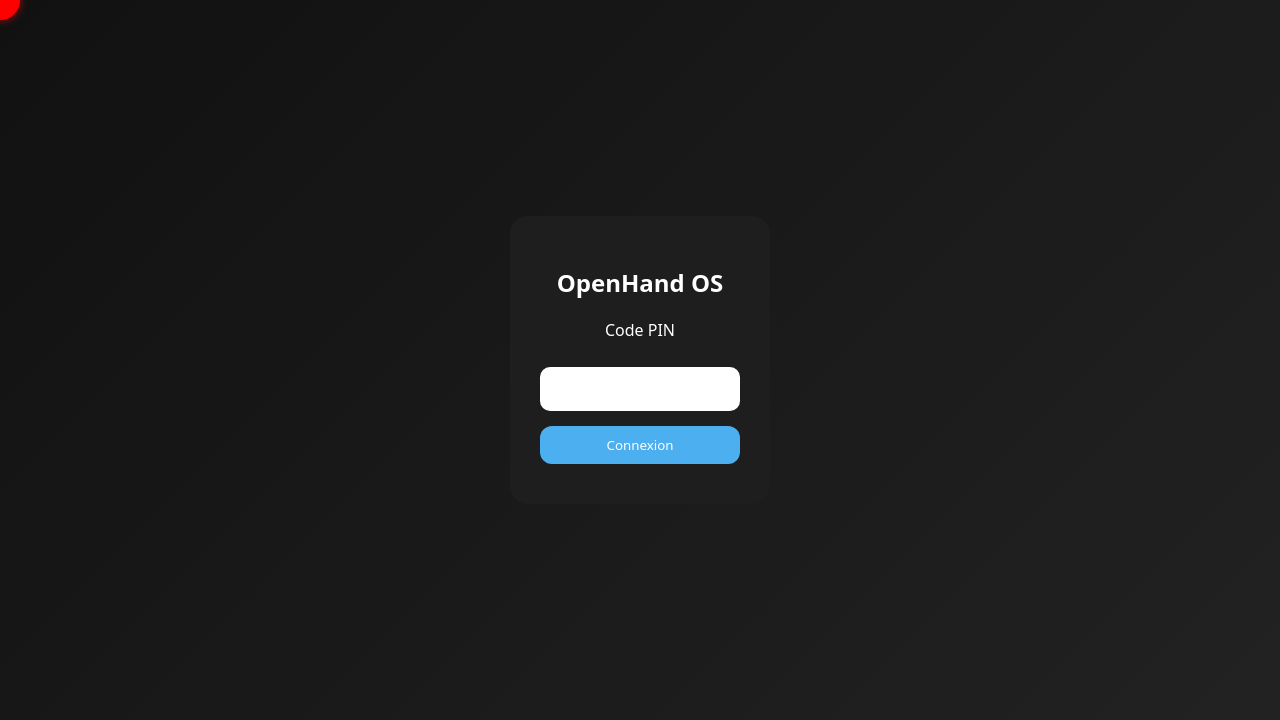
Repository: nlagardere/OpenHand
Page: index.html
An editor plug-in stored every save of this project. The page is shown before and after the next save, followed by the edit.
The browser window is 1280 px wide. The pictures show the whole page.

Above is the page before, as saved 2026-01-31 14:37:23.

### index.html
<!DOCTYPE html>
<html lang="fr">
<head>
<meta charset="UTF-8">
<title>OpenHand OS</title>
<link rel="stylesheet" href="style.css">

<style>

/* ===== CURSEUR ROUGE ===== */

body {
    cursor: none;
}

#curseur {
    position: fixed;
    width: 16px;
    height: 16px;
    background: red;
    border-radius: 50%;
    pointer-events: none;
    z-index: 10000;
    transform: translate(-50%, -50%);
    box-shadow: 0 0 8px rgba(255,0,0,.7);
}


/* ===== LOCK SCREEN ===== */

#lockscreen {
    position: fixed;
    inset: 0;
    background: linear-gradient(135deg, #111, #222);
    display: flex;
    align-items: center;
    justify-content: center;
    z-index: 9999;
}

.loginBox {
    background: #1e1e1e;
    padding: 30px;
    border-radius: 18px;
    text-align: center;
    color: white;
    width: 260px;
}

.loginBox input {
    width: 100%;
    padding: 10px;
    font-size: 18px;
    text-align: center;
    border-radius: 10px;
    border: none;
    margin-top: 10px;
}

.loginBox button {
    margin-top: 15px;
    width: 100%;
    padding: 10px;
    border-radius: 12px;
    border: none;
    background: #4cafef;
    color: white;
    cursor: pointer;
}

#pinError {
    margin-top: 10px;
    color: #ff6b6b;
}


/* ===== LOADING ===== */

#loadingScreen {
    position: fixed;
    inset: 0;
    background: radial-gradient(circle at center, #111, #000);
    color: white;
    display: none;
    flex-direction: column;
    align-items: center;
    justify-content: center;
    z-index: 10001;
    font-size: 22px;
    letter-spacing: 1px;
}

.loader {
    margin-top: 25px;
    width: 260px;
    height: 14px;
    background: #111;
    border-radius: 20px;
    overflow: hidden;
    border: 1px solid #333;
    box-shadow: inset 0 0 8px rgba(0,0,0,.8);
}

.loaderBar {
    height: 100%;
    width: 0%;
    border-radius: 20px;
    background: linear-gradient(
        90deg,
        #4cafef,
        #8be0ff,
        #4cafef
    );
    background-size: 200% 100%;
    animation:
        loadbar 5s linear forwards,
        shine 1.2s linear infinite;
}

/* progression */
@keyframes loadbar {
    to { width: 100%; }
}

/* effet balayage lumineux */
@keyframes shine {
    from { background-position: 200% 0; }
    to { background-position: -200% 0; }
}

/* ===== SHUTDOWN BUTTON ===== */

#shutdownbtn {
    position: fixed;
    bottom: 20px;
    right: 20px;
    padding: 10px 18px;
    border-radius: 14px;
    border: none;
    cursor: pointer;
    background-color: #ff5b5b;
    color: white;
}

</style>
</head>

<body>

<!-- ===== LOCK SCREEN ===== -->

<div id="lockscreen">
  <div class="loginBox">
    <h2>OpenHand OS</h2>
    <p>Code PIN</p>
    <input type="password" id="pinInput" maxlength="6">
    <button onclick="checkPin()">Connexion</button>
    <div id="pinError"></div>
  </div>
</div>

<!-- ===== LOADING (APRES LOGIN) ===== -->

<div id="loadingScreen">
    Chargement de la session…
    <div class="loader">
        <div class="loaderBar"></div>
    </div>
</div>

<!-- ===== OS ===== -->

<div id="curseur"></div>

<div id="topbar">
  <div class="logo">OpenHand</div>
  <div id="clock"></div>
</div>

<div id="desktop"></div>

<div id="appWindow">
  <button onclick="closeApp()">← Retour</button>
  <iframe id="appFrame"></iframe>
</div>

<audio id="music" src="musique.mp3"></audio>

<button id="shutdownbtn">Eteindre l'ordinateur</button>

<!-- ===== SCRIPTS ===== -->
<script src="main.js"></script>

</body>
</html>

### style.css
#curseur {
  width: 40px;
  height: 40px;
  border: 20px solid red;
  border-radius: 50%;
  position: absolute;
  pointer-events: none; /* pour ne pas bloquer les clics */
  transform: translate(-50%, -50%);
  z-index: 1000;
}

* {
  box-sizing:border-box;
  font-family: system-ui, -apple-system, sans-serif;
}

body {
  margin:0;
  height:100vh;
  background:
    radial-gradient(circle at 20% 20%, #dfe7ff, transparent 40%),
    radial-gradient(circle at 80% 80%, #e9f7ff, transparent 40%),
    linear-gradient(180deg,#f7f9ff,#eef2ff);
    cursor: none;
    overflow: hidden;
}

/* Top bar */

#topbar {
  height:90px;
  padding:0 40px;
  display:flex;
  align-items:center;
  justify-content:space-between;

  background:rgba(255,255,255,.65);
  backdrop-filter: blur(14px);
  border-bottom:1px solid rgba(0,0,0,.05);
}

.logo {
  font-size:26px;
  font-weight:700;
  letter-spacing:.3px;
}

#clock {
  font-size:22px;
  font-weight:500;
}

/* Desktop grid */

#desktop {
  padding:40px;
  display:grid;
  grid-template-columns:repeat(auto-fit, minmax(180px, 220px));
  gap:32px;
  justify-content:center;

  animation: desktopIn .6s ease;
}

@keyframes desktopIn {
  from {opacity:0; transform:translateY(30px);}
  to {opacity:1; transform:none;}
}

/* App cards */

.card {
  background:rgba(255,255,255,.7);
  backdrop-filter: blur(12px);
  border-radius:28px;

  padding:32px 20px;
  text-align:center;
  cursor:pointer;

  box-shadow:
    0 10px 30px rgba(0,0,0,.08),
    inset 0 1px 0 rgba(255,255,255,.6);

  transition:
    transform .25s cubic-bezier(.2,.8,.2,1),
    box-shadow .25s,
    background .25s;
}

.card:hover {
  transform:translateY(-10px) scale(1.05);
  box-shadow:0 20px 50px rgba(0,0,0,.12);
  background:rgba(255,255,255,.9);
}

.icon {
  font-size:54px;
  margin-bottom:14px;
}

.name {
  font-size:20px;
  font-weight:600;
}

/* App window plein écran */

#appWindow {
  position:fixed;
  inset:0;
  background:white;
  display:none;
  flex-direction:column;
  z-index:999;

  animation: appOpen .4s cubic-bezier(.2,.9,.2,1);
}

@keyframes appOpen {
  from {
    opacity:0;
    transform:scale(.96);
    filter:blur(8px);
  }
  to {
    opacity:1;
    transform:scale(1);
    filter:blur(0);
  }
}

#backBtn {
  margin:20px;
  padding:16px 28px;
  font-size:20px;
  border:none;
  border-radius:16px;
  background:#5b7cff;
  color:white;
  cursor:pointer;
}

#backBtn:active {
  transform:scale(.96);
}

iframe {
  flex:1;
  border:none;
}

### main.js
const apps = [
  { name:"Horloge", icon:"🕒", url:"apps/clock/clock.html" },
  { name:"Notes", icon:"📝", url:"apps/notes/notes.html" },
  { name:"Photos", icon:"🖼️", url:"apps/photos/photos.html" },
  { name:"Internet", icon:"🌐", url:"apps/internet/internet.html" }
];

const desktop = document.getElementById("desktop");

apps.forEach(app => {
  const div = document.createElement("div");
  div.className = "card";

  div.innerHTML = `
    <div class="icon">${app.icon}</div>
    <div class="name">${app.name}</div>
  `;

  div.onclick = () => openApp(app.url);
  desktop.appendChild(div);
});

/* Horloge topbar */

function tick(){
  clock.textContent =
    new Date().toLocaleTimeString([], {hour:'2-digit',minute:'2-digit'});
}
setInterval(tick,1000);
tick();

/* App window */

function openApp(url){
  appFrame.src = url;
  appWindow.style.display = "flex";
}

function closeApp(){
  appWindow.style.display = "none";
}

const curseur = document.getElementById('curseur');
document.addEventListener('mousemove', e => {
  curseur.style.left = e.clientX + 'px';
  curseur.style.top = e.clientY + 'px';
});

/* ===== CURSEUR ROUGE ===== */

document.addEventListener("mousemove", e => {
    const c = document.getElementById("curseur");
    c.style.left = e.clientX + "px";
    c.style.top = e.clientY + "px";
});


/* ===== PIN LOGIN → MUSIQUE PILOTE LE BOOT ===== */

const PIN_CODE = "1234";

function checkPin() {
    const val = document.getElementById("pinInput").value;

    if (val === PIN_CODE) {

        document.getElementById("lockscreen").style.display = "none";

        const music = document.getElementById("music");
        const load = document.getElementById("loadingScreen");
        const bar = document.querySelector(".loaderBar");

        load.style.display = "flex";

        // reset barre
        bar.style.width = "0%";

        music.currentTime = 0;

        music.play().catch(()=>{});

        // quand la durée est connue → on peut suivre la progression
        music.addEventListener("timeupdate", () => {
            if (music.duration) {
                const progress = (music.currentTime / music.duration) * 100;
                bar.style.width = progress + "%";
            }
        });

        // fin musique = fin boot
        music.addEventListener("ended", () => {
            load.style.display = "none";
        });

    } else {
        document.getElementById("pinError").textContent = "Code incorrect";
    }
}


/* ===== SHUTDOWN ===== */

document.getElementById("shutdownbtn").addEventListener("click", () => {

    alert("Ordinateur éteint ✅");

    document.getElementById("lockscreen").style.display = "flex";

    const music = document.getElementById("music");
    music.pause();
    music.currentTime = 0;

    const bar = document.querySelector(".loaderBar");
    bar.style.width = "0%";
});

After the next save:
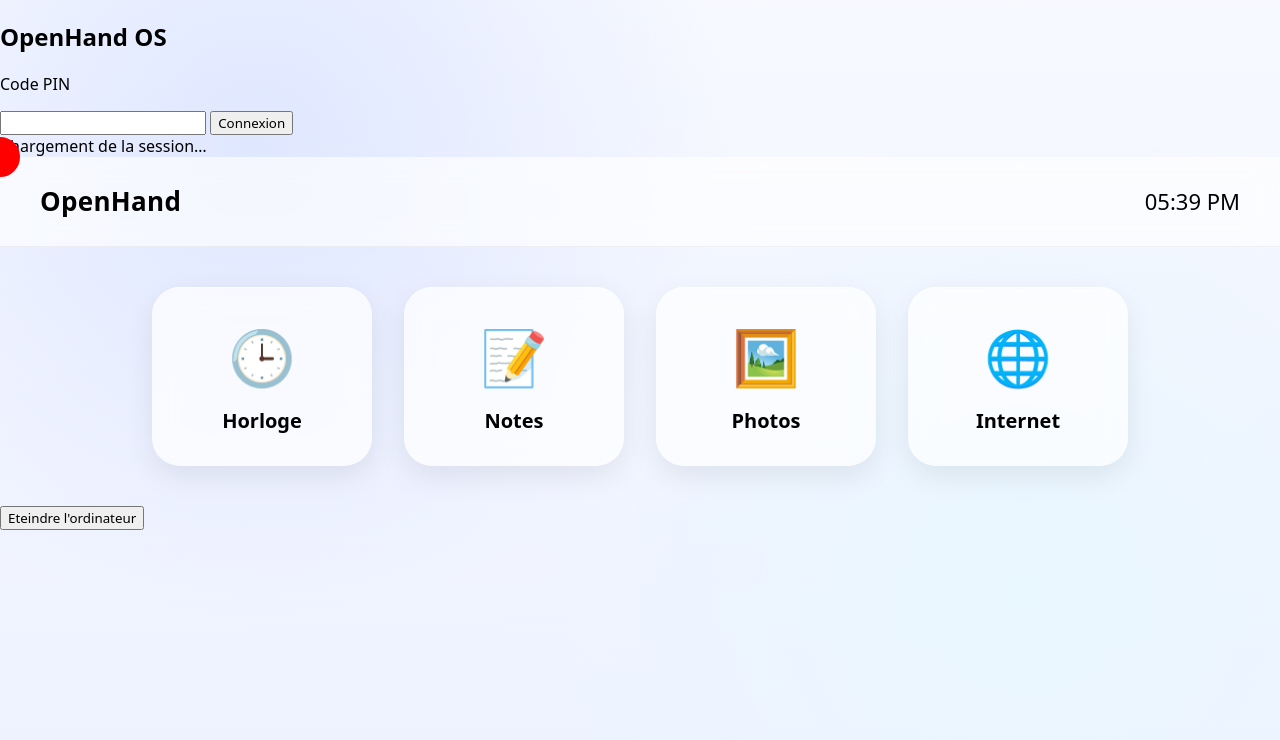
Saved 10 s later.
--- a/index.html
+++ b/index.html
@@ -6,141 +6,6 @@
 <link rel="stylesheet" href="style.css">
 
 <style>
-
-/* ===== CURSEUR ROUGE ===== */
-
-body {
-    cursor: none;
-}
-
-#curseur {
-    position: fixed;
-    width: 16px;
-    height: 16px;
-    background: red;
-    border-radius: 50%;
-    pointer-events: none;
-    z-index: 10000;
-    transform: translate(-50%, -50%);
-    box-shadow: 0 0 8px rgba(255,0,0,.7);
-}
-
-
-/* ===== LOCK SCREEN ===== */
-
-#lockscreen {
-    position: fixed;
-    inset: 0;
-    background: linear-gradient(135deg, #111, #222);
-    display: flex;
-    align-items: center;
-    justify-content: center;
-    z-index: 9999;
-}
-
-.loginBox {
-    background: #1e1e1e;
-    padding: 30px;
-    border-radius: 18px;
-    text-align: center;
-    color: white;
-    width: 260px;
-}
-
-.loginBox input {
-    width: 100%;
-    padding: 10px;
-    font-size: 18px;
-    text-align: center;
-    border-radius: 10px;
-    border: none;
-    margin-top: 10px;
-}
-
-.loginBox button {
-    margin-top: 15px;
-    width: 100%;
-    padding: 10px;
-    border-radius: 12px;
-    border: none;
-    background: #4cafef;
-    color: white;
-    cursor: pointer;
-}
-
-#pinError {
-    margin-top: 10px;
-    color: #ff6b6b;
-}
-
-
-/* ===== LOADING ===== */
-
-#loadingScreen {
-    position: fixed;
-    inset: 0;
-    background: radial-gradient(circle at center, #111, #000);
-    color: white;
-    display: none;
-    flex-direction: column;
-    align-items: center;
-    justify-content: center;
-    z-index: 10001;
-    font-size: 22px;
-    letter-spacing: 1px;
-}
-
-.loader {
-    margin-top: 25px;
-    width: 260px;
-    height: 14px;
-    background: #111;
-    border-radius: 20px;
-    overflow: hidden;
-    border: 1px solid #333;
-    box-shadow: inset 0 0 8px rgba(0,0,0,.8);
-}
-
-.loaderBar {
-    height: 100%;
-    width: 0%;
-    border-radius: 20px;
-    background: linear-gradient(
-        90deg,
-        #4cafef,
-        #8be0ff,
-        #4cafef
-    );
-    background-size: 200% 100%;
-    animation:
-        loadbar 5s linear forwards,
-        shine 1.2s linear infinite;
-}
-
-/* progression */
-@keyframes loadbar {
-    to { width: 100%; }
-}
-
-/* effet balayage lumineux */
-@keyframes shine {
-    from { background-position: 200% 0; }
-    to { background-position: -200% 0; }
-}
-
-/* ===== SHUTDOWN BUTTON ===== */
-
-#shutdownbtn {
-    position: fixed;
-    bottom: 20px;
-    right: 20px;
-    padding: 10px 18px;
-    border-radius: 14px;
-    border: none;
-    cursor: pointer;
-    background-color: #ff5b5b;
-    color: white;
-}
 
 </style>
 </head>

After the 3 saves that followed:
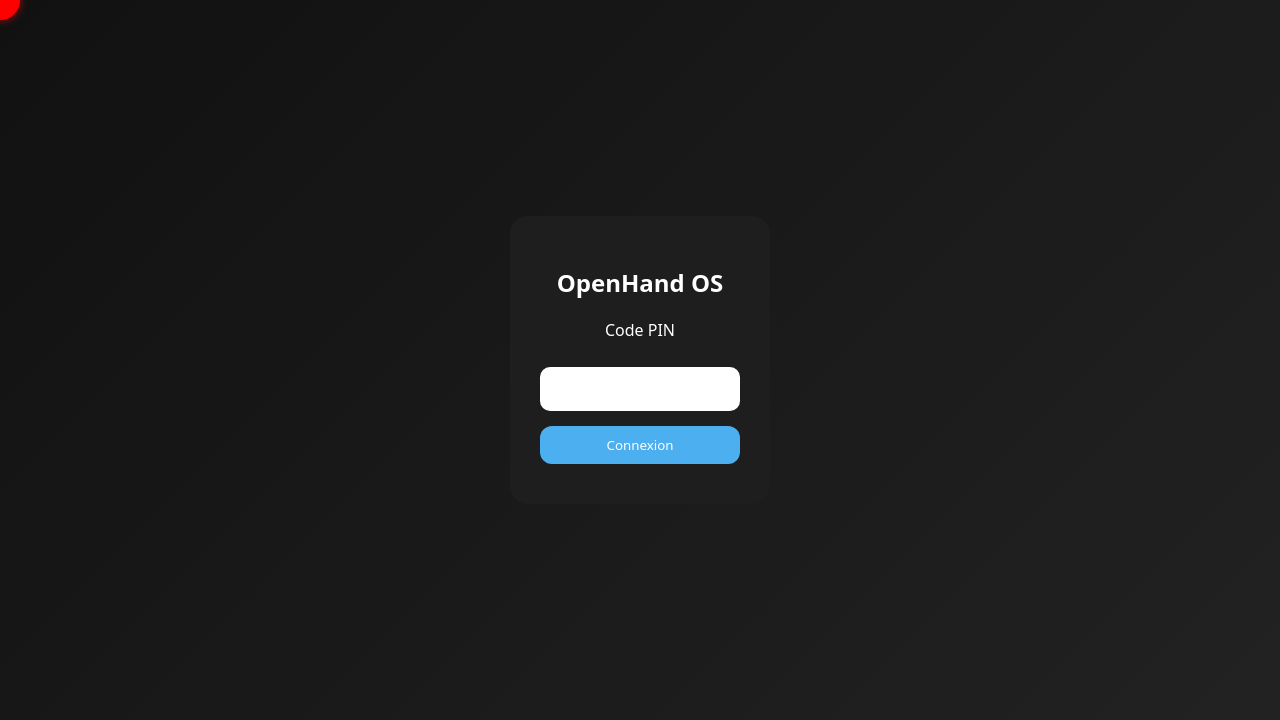
The 3 saves are shown as one change because they came seconds apart.
The last was saved 7 s later.
--- a/style.css
+++ b/style.css
@@ -149,3 +149,142 @@ iframe {
   flex:1;
   border:none;
 }
+
+
+/* ===== CURSEUR ROUGE ===== */
+
+body {
+    cursor: none;
+}
+
+#curseur {
+    position: fixed;
+    width: 16px;
+    height: 16px;
+    background: red;
+    border-radius: 50%;
+    pointer-events: none;
+    z-index: 10000;
+    transform: translate(-50%, -50%);
+    box-shadow: 0 0 8px rgba(255,0,0,.7);
+}
+
+
+/* ===== LOCK SCREEN ===== */
+
+#lockscreen {
+    position: fixed;
+    inset: 0;
+    background: linear-gradient(135deg, #111, #222);
+    display: flex;
+    align-items: center;
+    justify-content: center;
+    z-index: 9999;
+}
+
+.loginBox {
+    background: #1e1e1e;
+    padding: 30px;
+    border-radius: 18px;
+    text-align: center;
+    color: white;
+    width: 260px;
+}
+
+.loginBox input {
+    width: 100%;
+    padding: 10px;
+    font-size: 18px;
+    text-align: center;
+    border-radius: 10px;
+    border: none;
+    margin-top: 10px;
+}
+
+.loginBox button {
+    margin-top: 15px;
+    width: 100%;
+    padding: 10px;
+    border-radius: 12px;
+    border: none;
+    background: #4cafef;
+    color: white;
+    cursor: pointer;
+}
+
+#pinError {
+    margin-top: 10px;
+    color: #ff6b6b;
+}
+
+
+/* ===== LOADING ===== */
+
+#loadingScreen {
+    position: fixed;
+    inset: 0;
+    background: radial-gradient(circle at center, #111, #000);
+    color: white;
+    display: none;
+    flex-direction: column;
+    align-items: center;
+    justify-content: center;
+    z-index: 10001;
+    font-size: 22px;
+    letter-spacing: 1px;
+}
+
+.loader {
+    margin-top: 25px;
+    width: 260px;
+    height: 14px;
+    background: #111;
+    border-radius: 20px;
+    overflow: hidden;
+    border: 1px solid #333;
+    box-shadow: inset 0 0 8px rgba(0,0,0,.8);
+}
+
+.loaderBar {
+    height: 100%;
+    width: 0%;
+    border-radius: 20px;
+    background: linear-gradient(
+        90deg,
+        #4cafef,
+        #8be0ff,
+        #4cafef
+    );
+    background-size: 200% 100%;
+    animation:
+        loadbar 5s linear forwards,
+        shine 1.2s linear infinite;
+}
+
+/* progression */
+@keyframes loadbar {
+    to { width: 100%; }
+}
+
+/* effet balayage lumineux */
+@keyframes shine {
+    from { background-position: 200% 0; }
+    to { background-position: -200% 0; }
+}
+
+/* ===== SHUTDOWN BUTTON ===== */
+
+#shutdownbtn {
+    position: fixed;
+    bottom: 20px;
+    right: 20px;
+    padding: 10px 18px;
+    border-radius: 14px;
+    border: none;
+    cursor: pointer;
+    background-color: #ff5b5b;
+    color: white;
+}
+#shutdownbtn:hover {
+    background-color: #ff3b3b;
+}
